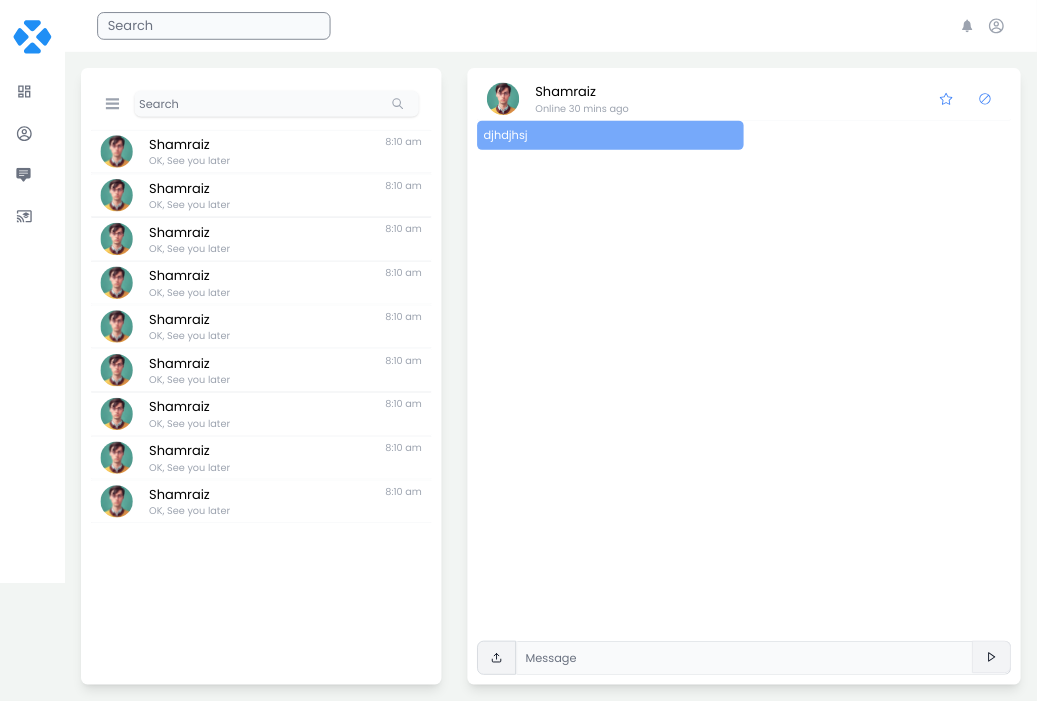
Repository: Shamraiz761/Frontend-Assessment
Page: /chat
An editor plug-in stored every save of this project. The page is shown before and after the next save, followed by the edit.
The browser window is 1280 px wide. The pictures show the whole page, at 81% of full size.
The project was rebuilt for these pictures with package versions that can differ from the ones it lists, and the page was loaded fresh each time. Also part of the build but not shown: vite.config.js, src/routes/root.jsx, src/pages/orders/index.jsx, src/pages/submission/index.jsx, src/pages/admin/index.css, src/components/admin/card.jsx, src/components/admin/addCard.jsx, src/pages/admin/index.jsx and 3 more. Imported but missing from the stored project, and not drawn on this page: src/pages/auth/login, src/pages/tasks, src/routes/profileLayout.

Above is the page before, as saved 2023-06-16 11:50:22.

After the next save:
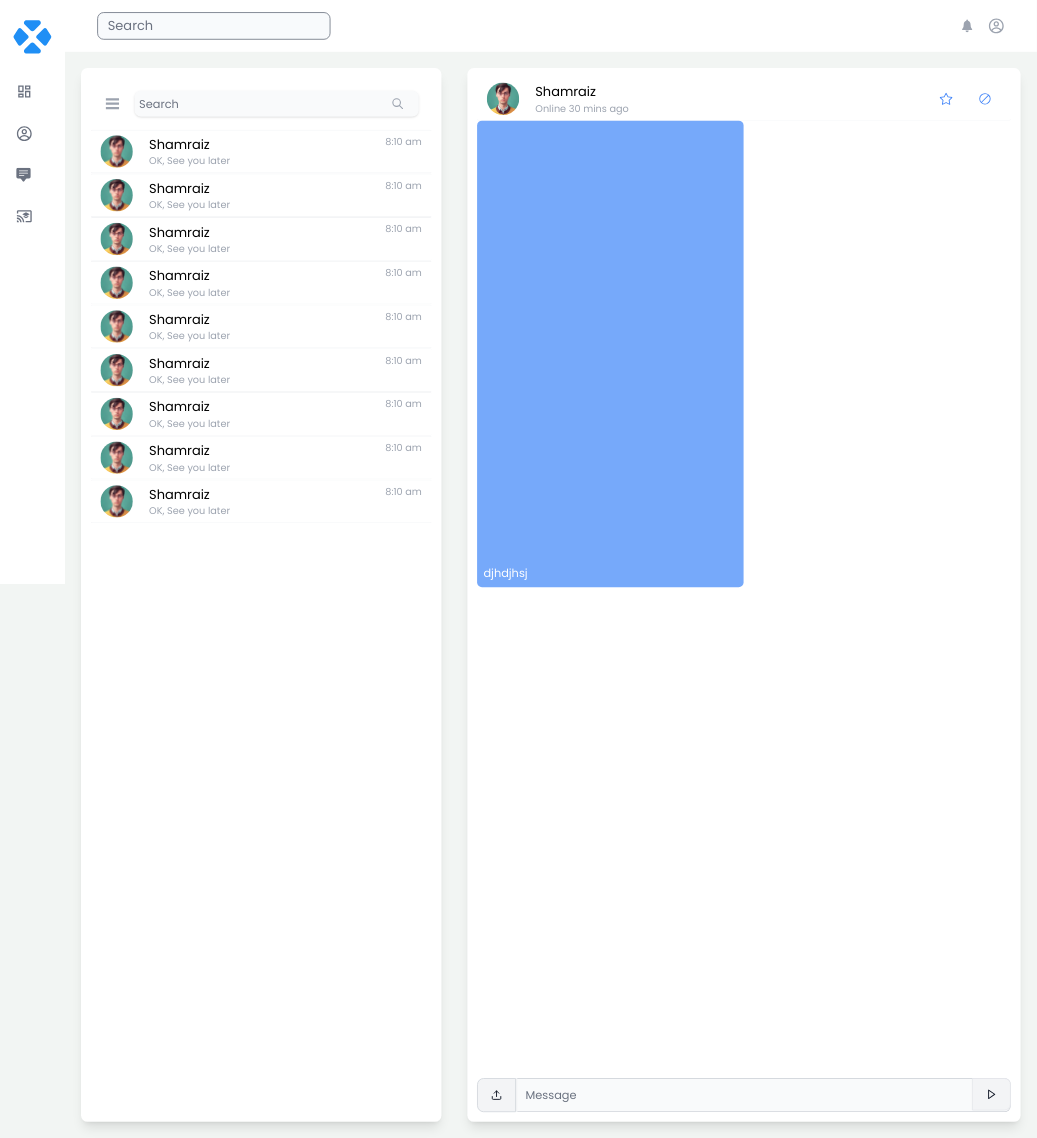
Saved 19 s later.
--- a/src/components/chat/userChat.jsx
+++ b/src/components/chat/userChat.jsx
@@ -28,7 +28,10 @@ function UserChat() {
         </div>
       </div>
       <div className="chats ">
-        <p className="text-sm bg-blue-400 rounded-md p-2 text-white flex flex-col  justify-end w-1/2">
+        <p
+          className="text-sm bg-blue-400 rounded-md p-2 text-white flex flex-col  justify-end w-1/2"
+          style={{ height: "80vh" }}
+        >
           djhdjhsj
         </p>
       </div>
